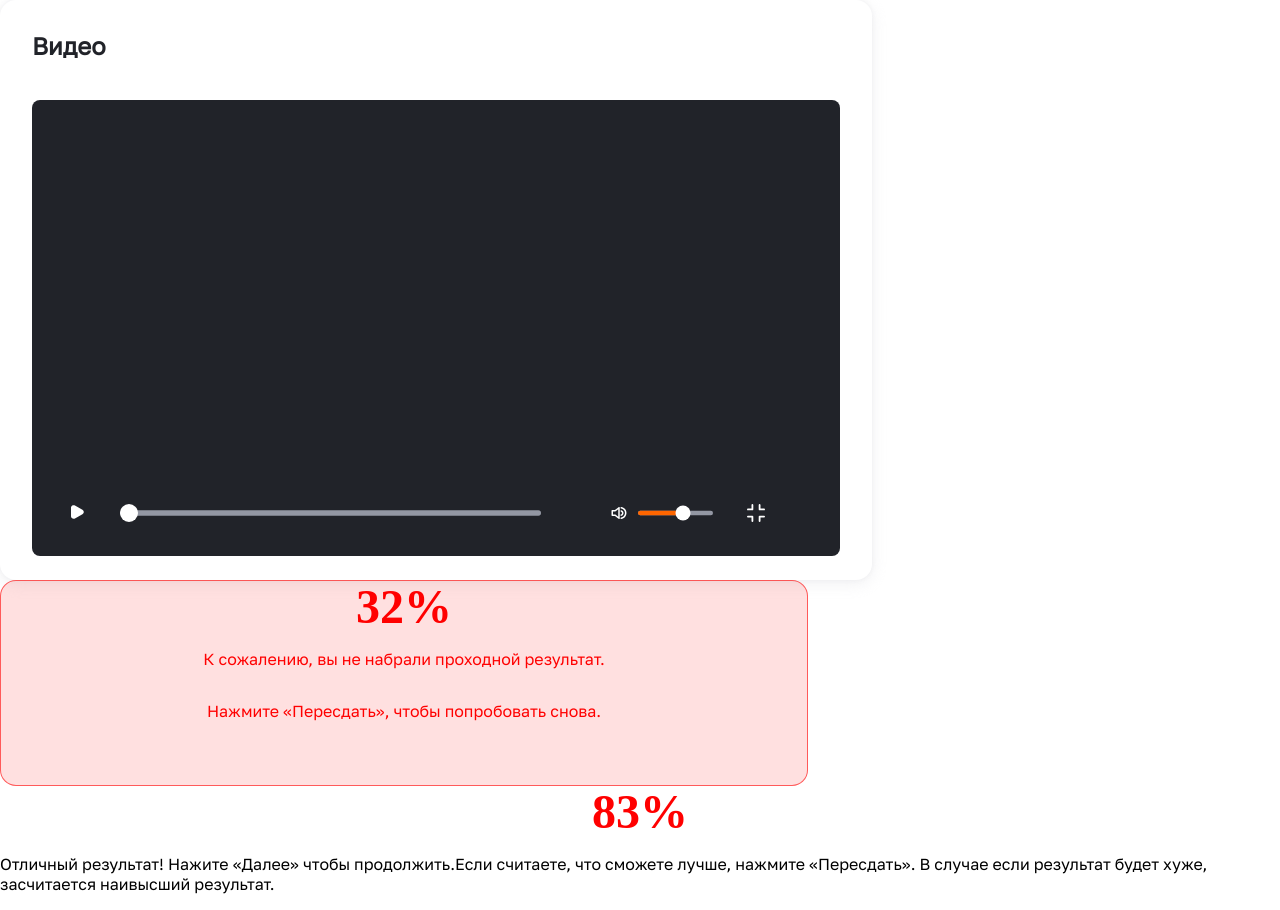
Repository: RuslanSR2424/Group5_LizaAlert
Page: index.html
These files come from the project's save history. The page is drawn as it stood at one moment and after the next save; the edit follows.
The browser window is 1280 px wide. The pictures show the whole page.

Above is the page before, as saved 2022-03-09 17:09:13.

### index.html
<!DOCTYPE html>
<html lang="en">

<head>
    <meta charset="UTF-8">
    <meta http-equiv="X-UA-Compatible" content="IE=edge">
    <meta name="viewport" content="width=device-width, initial-scale=1.0">
    <link rel="stylesheet" href="./pages/index.css" />
    <title>Document</title>
</head>

<body class="root">
    <section class="video">
        <h2 class="video__title">
            Видео
        </h2>
        <div class="video__player">
            <img class="video__button video__button_type_play" src="./images/video/start.svg">
            <img class="video__button video__button_type_timeline" src="./images/video/timeline.svg">
            <img class="video__button video__button_type_sound-icon" src="./images/video/sound-icon.svg">
            <img class="video__button video__button_type_sound" src="./images/video/sound.svg">
            <img class="video__button video__button_type_size" src="./images/video/size.svg">
        </div>
    </section>
    <section class="results">
        <div class="results__bad">
            <h2 class="results__score">32%</h2>
            <p class="result__text result__text_type_bad">К сожалению, вы не набрали проходной результат.</p>
            <p class="result__text result__text_type_bad">Нажмите «Пересдать», чтобы попробовать снова.</p>
        </div>
        <div class="results__good">
            <h2 class="results__score">83%</h2>
            <p class="result__text result__text_type_good">Отличный результат!
                Нажите «Далее» чтобы продолжить.Если считаете, что сможете лучше, нажмите «Пересдать». В случае если результат будет хуже, засчитается наивысший результат.</p>
        </div>
    </section>
</body>

</html>

### pages/index.css
@import url(../fonts/fonts.css);
@import url(../blocks/root/root.css);

/* video */

@import url(../blocks/video/video.css);
@import url(../blocks/video/__button/video__button.css);
@import url(../blocks/video/__button/_type/video__button_type_play.css);
@import url(../blocks/video/__button/_type/video__button_type_sound.css);
@import url(../blocks/video/__button/_type/video__button_type_timeline.css);
@import url(../blocks/video/__button/_type/video__button_type_size.css);
@import url(../blocks/video/__button/_type/video__button_type_sound-icon.css);
@import url(../blocks/video/__player/video__player.css);
@import url(../blocks/video/__title/video__title.css);

/* results */

@import url(../blocks/results/results.css);
@import url(../blocks/results/__bad/results__bad.css);
@import url(../blocks/results/__good/results__good.css);
@import url(../blocks/results/__score/results__score.css);
@import url(../blocks/results/__text/results__text.css);
@import url(../blocks/results/__text/_type/result__text_type_bad.css);
@import url(../blocks/results/__text/_type/result__text_type_good.css);

### fonts/fonts.css
@font-face {
  font-family: "GolosTextWebRegular";
  src: url(./golos/Golos-Text_Regular.woff2) format("woff2"),
    url(./golos/Golos-Text_Regular.woff) format("woff");
  font-weight: normal;
  font-style: normal;
}
@font-face {
  font-family: "GolosTextWebBold";
  src: url(./golos/Golos-Text_Bold.woff2) format("woff2"),
    url(./golos/Golos-Text_Bold.woff) format("woff");
  font-weight: normal;
  font-style: normal;
}

### blocks/root/root.css
.root {
  margin: 0;
  padding: 0;
  font-family: "GolosTextWebRegular";
}

### blocks/video/video.css
.video {
  height: 580px;
  width: 872px;
  display: flex;
  flex-direction: column;
  background: #ffffff;
  box-shadow: 0px 0px 4px rgba(231, 232, 235, 0.6),
    0px 4px 16px rgba(231, 232, 235, 0.6);
  border-radius: 16px;
}

### blocks/video/__button/video__button.css
.video__button{
    height: 18px;
}

### blocks/video/__button/_type/video__button_type_play.css
.video__button_type_play {
    margin: 0 0 35px 36px;
}

### blocks/video/__button/_type/video__button_type_sound.css
.video__button_type_sound{
    margin: 0 0 34px 10px;
}

### blocks/video/__button/_type/video__button_type_timeline.css
.video__button_type_timeline{
    margin: 0 35px 34px 34px;
}

### blocks/video/__button/_type/video__button_type_size.css
.video__button_type_size{
    margin: 0 34px 34px 34px;
}

### blocks/video/__button/_type/video__button_type_sound-icon.css
.video__button_type_sound-icon{
    margin: 0 0 34px 34px;
}

### blocks/video/__player/video__player.css
.video__player {
  height: 456px;
  width: 808px;
  background-color: #212329;
  display: flex;
  flex-direction: row;
  align-items: flex-end;
  border-radius: 8px;
  margin: auto;
}

### blocks/video/__title/video__title.css
.video__title {
  font-family: "GolosTextWebRegular";
  font-style: normal;
  font-weight: 700;
  font-size: 24px;
  line-height: 28px;
  color: #212329;
  margin: 32px 32px 16px 32px;
}

### blocks/results/results.css
.results{}

### blocks/results/__bad/results__bad.css
.results__bad {
  display: flex;
  flex-direction: column;
  align-items: center;

  width: 808px;
  height: 206px;

  background: rgba(255, 0, 0, 0.12);
  border: 1.2px solid rgba(255, 0, 0, 0.6);
  box-sizing: border-box;
  border-radius: 16px;
}

### blocks/results/__good/results__good.css
.results__good{

}

### blocks/results/__score/results__score.css
.results__score {
  font-family: "Golos";
  font-style: normal;
  font-weight: bold;
  font-size: 48px;
  line-height: 52px;
  text-align: center;
  margin: 0;

  color: #FF0000;
}

### blocks/results/__text/results__text.css
.results__text {
  font-family: "GolosTextWebRegular";
  font-style: normal;
  font-weight: normal;
  font-size: 18px;
  line-height: 24px;
  text-align: center;
}

### blocks/results/__text/_type/result__text_type_bad.css
.result__text_type_bad {
  color: #ff0000;
  width: 680px;
  text-align: center;
}

### blocks/results/__text/_type/result__text_type_good.css
.result__text_type_good{}

After the next save:
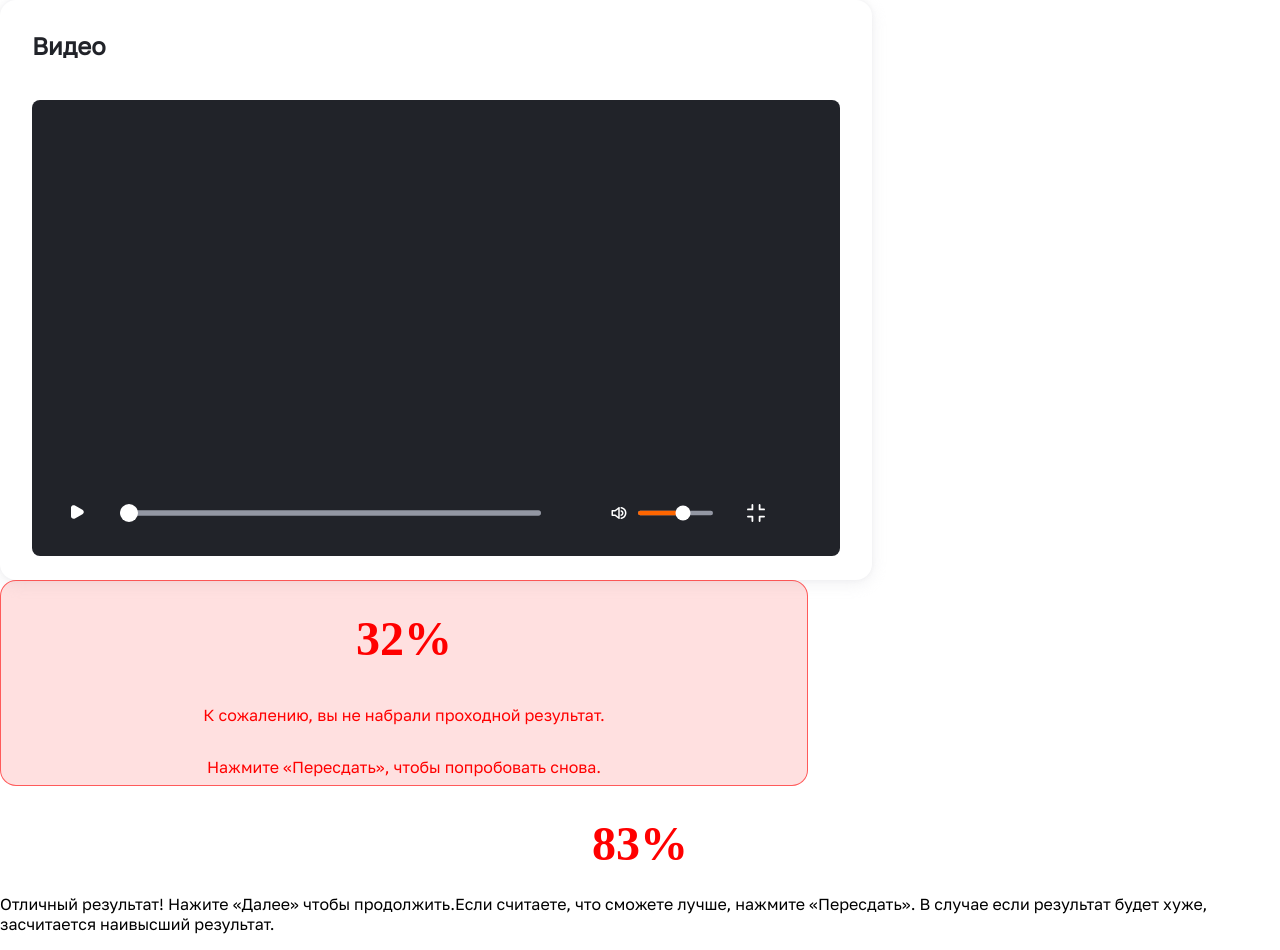
Saved 78 s later.
--- a/blocks/results/__score/results__score.css
+++ b/blocks/results/__score/results__score.css
@@ -5,7 +5,7 @@
   font-size: 48px;
   line-height: 52px;
   text-align: center;
-  margin: 0;
+  margin: 32px 64px 24px 64px;
 
   color: #FF0000;
 }
